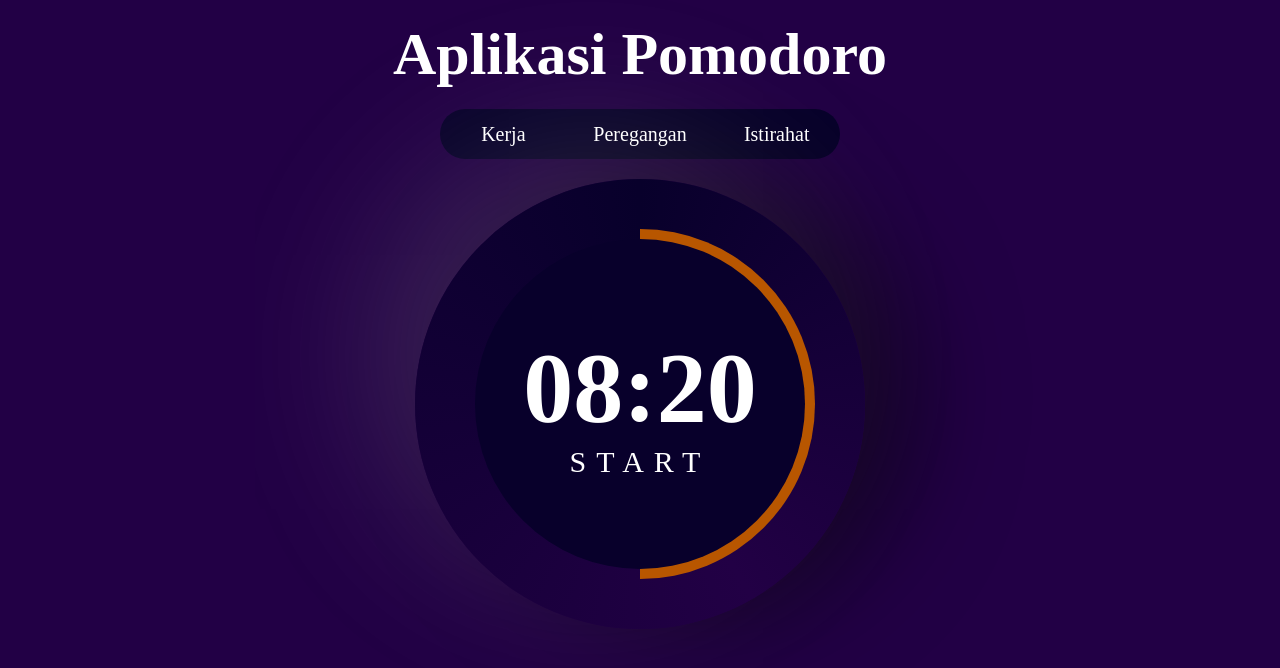
Repository: sellayspy/aplikasiPomodoro
Page: /
An editor plug-in stored every save of this project. The page is shown before and after the next save, followed by the edit.
The browser window is 1280 px wide. The pictures show the whole page.
The project was rebuilt for these pictures with package versions that can differ from the ones it lists, and the page was loaded fresh each time. Also part of the build but not shown: vite.config.js.

Above is the page before, as saved 2024-11-25 15:01:08.

After the next save:
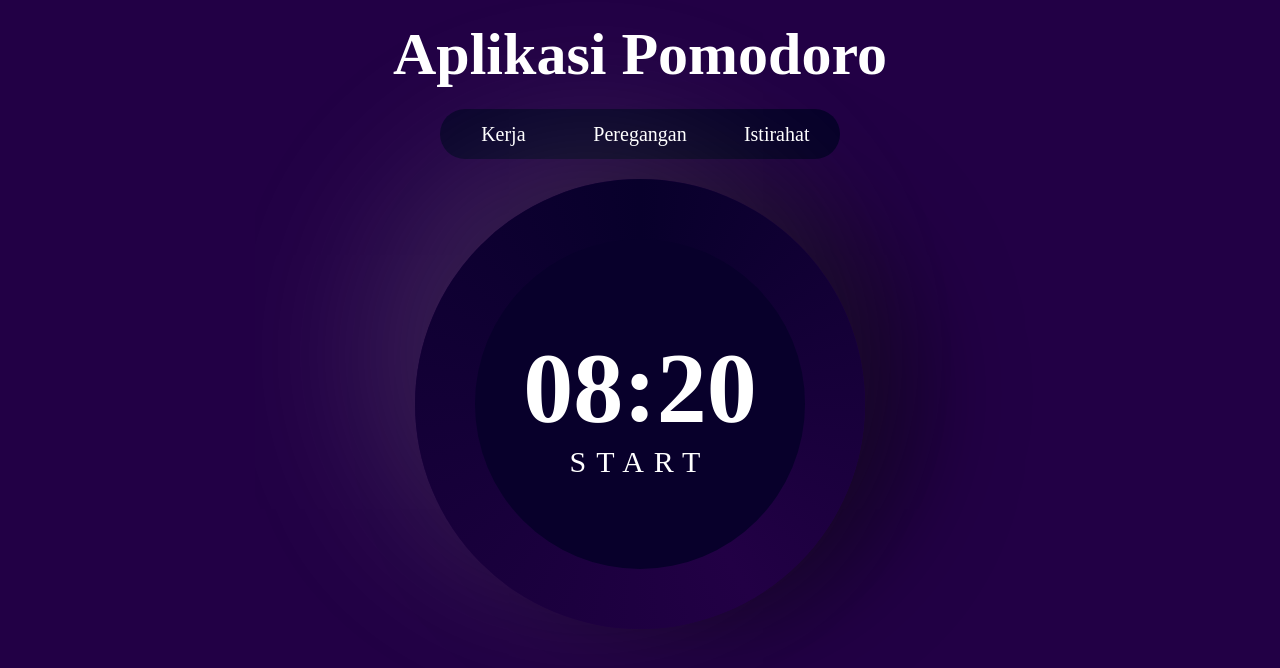
Saved 84 s later.
--- a/src/components/TimerProgress.jsx
+++ b/src/components/TimerProgress.jsx
@@ -1,9 +1,10 @@
-import { useState } from "react";
+import { useContext, useState } from "react";
 import styled from "styled-components";
 import Waktu from "./Waktu";
+import { StateContext } from "./StateProvider";
 
 const TimerProgress = () => {
-  const [progress, setProgress] = useState(50);
+  const { progress, setProgress } = useContext(StateContext);
 
   return (
     <OuterCircle progress={progress}>
